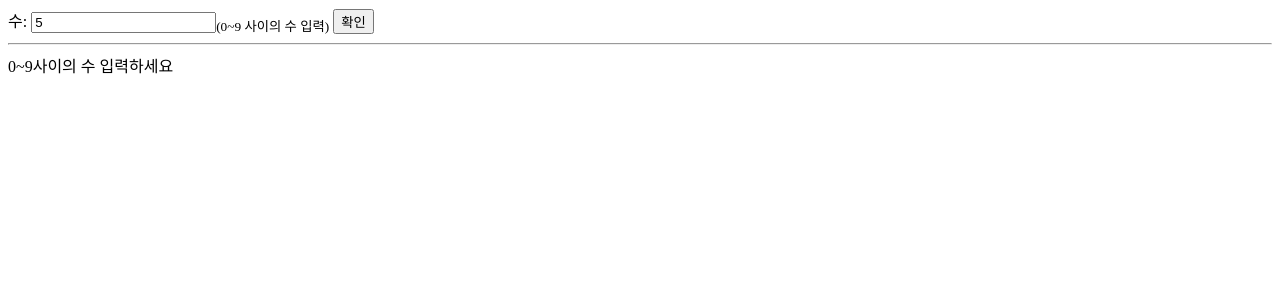
Repository: Jin0207/javaScript
Page: day0103/src/main/webapp/digitToKor.html
The author's editor kept a copy of each file at every save. The page is drawn from the files as they stood at one save, then again after the next save.
The browser window is 1280 px wide. The pictures show the whole page.
Empty fields were first filled with sample values (such as "Sample", 5 or name@example.com).
After loading, the first visible `button` was clicked once.

Above is the page before, as saved 2022-01-03 06:21:53.

After the next save:
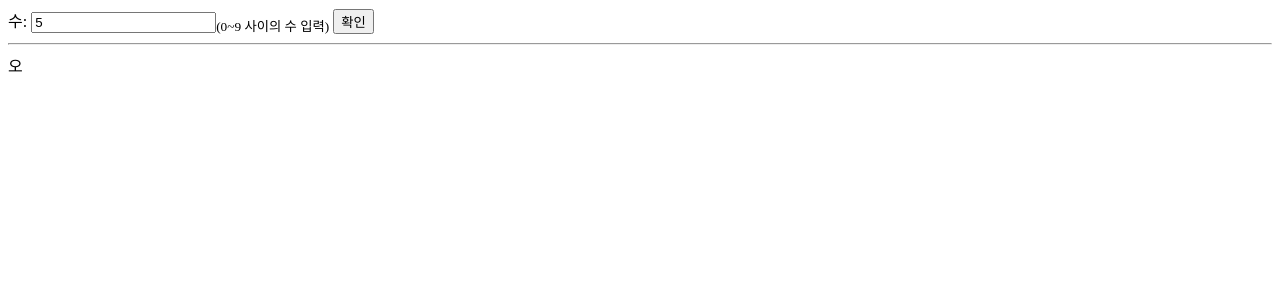
Saved 12 s later.
--- a/day0103/src/main/webapp/digitToKor.html
+++ b/day0103/src/main/webapp/digitToKor.html
@@ -5,7 +5,7 @@
 <title>Insert title here</title>
 <script type="text/javascript">
 	function chgKor(){
-		const num = document.getElementById("num").value;
+		const num = Number(document.getElementById("num").value);
 		console.log(num);
 		let result;
 

After the save that followed:
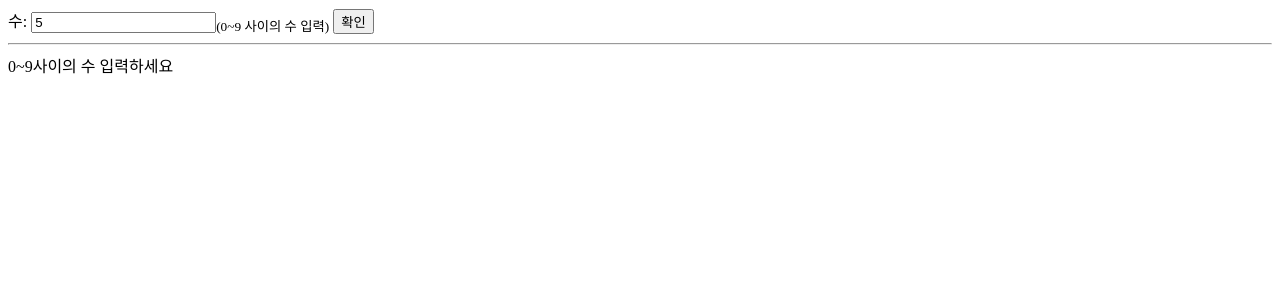
Saved 7 s later.
--- a/day0103/src/main/webapp/digitToKor.html
+++ b/day0103/src/main/webapp/digitToKor.html
@@ -5,7 +5,7 @@
 <title>Insert title here</title>
 <script type="text/javascript">
 	function chgKor(){
-		const num = Number(document.getElementById("num").value);
+		const num = document.getElementById("num").value;
 		console.log(num);
 		let result;
 
